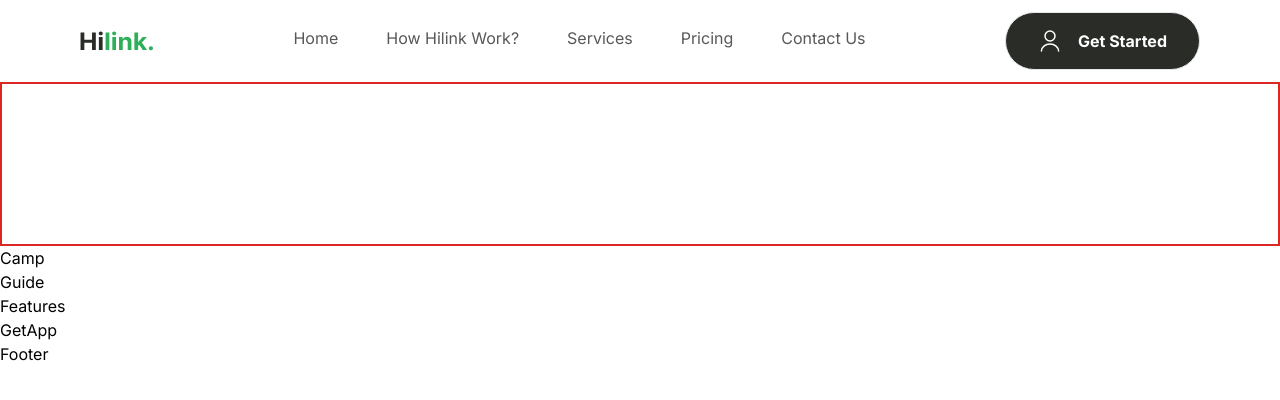
Repository: martin-raphael/travel_agency
Page: /
The author's editor kept a copy of each file at every save. The page is drawn from the files as they stood at one save, then again after the next save.
The browser window is 1280 px wide. The pictures show the whole page.
The project was rebuilt for these pictures with package versions that can differ from the ones it lists, and the page was loaded fresh each time. The framework's server and built-in components were replaced by stand-ins that run in the browser. Also part of the build but not shown: next.config.mjs.

Above is the page before, as saved 2024-08-08 18:03:52.

After the next save:
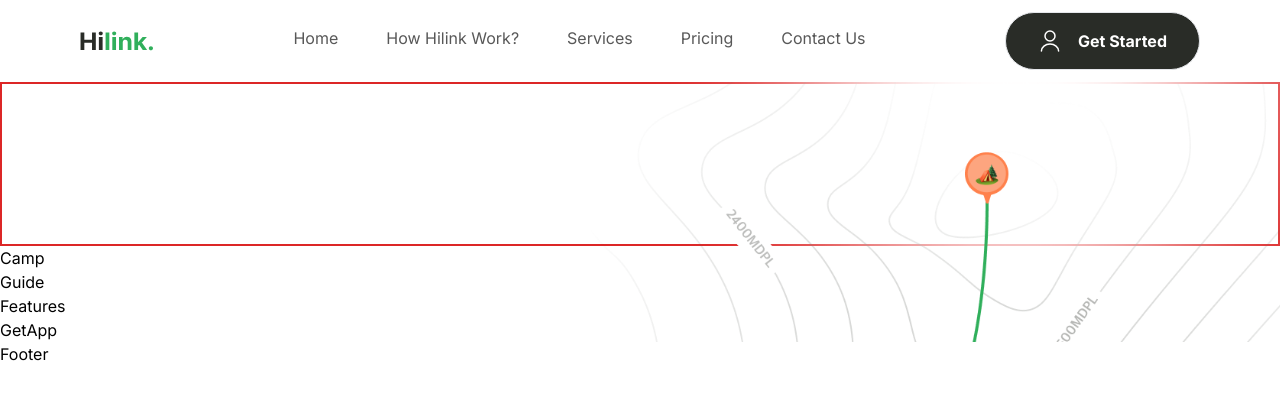
Saved 37 s later.
--- a/components/Hero.tsx
+++ b/components/Hero.tsx
@@ -5,7 +5,7 @@ const Hero = () => {
     <section className=" max-container padding-container flex
     flex-col gap-20 lg:py-20 py-10 pb-32 md:gap-28 xl:flex-row
     border-2 border-red-600">
-      <div className=".hero_map"/>
+      <div className="hero-map"/>
     </section>
   );
 };
